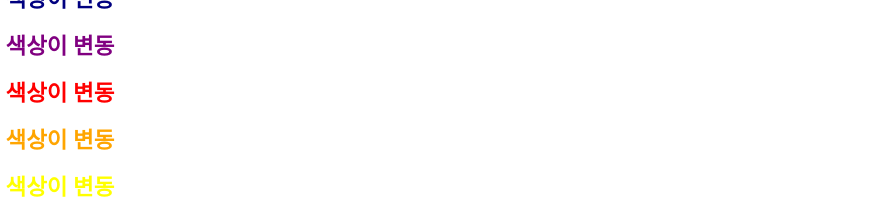
Repository: MySunTY/JSP
Page: http://localhost/JSP07/color.jsp
An editor plug-in stored every save of this project. The page is shown before and after the next save, followed by the edit.
The browser window is 1280 px wide. The pictures show the part of the page from y = 859 to 2779 px (the page is 1168 px tall before and 4337 px after), at 70% of full size.
The page is served by Tomcat 9.

Above is the page before, as saved 2024-05-16 02:30:39.

### JSP07/src/main/webapp/color.jsp
<%@ page language="java" contentType="text/html; charset=utf-8"
    pageEncoding="utf-8"%>
<!DOCTYPE html>
<html>
	<head>
		<meta charset="utf-8">
		<title>색상 변경</title>
	</head>
	<body>
		<!-- <h1 style="color:red">색상이 변동</h1>
		<h1 style="color:orange">색상이 변동</h1>
		<h1 style="color:yellow">색상이 변동</h1>
		<h1 style="color:green">색상이 변동</h1>  -->



		<%
			for(int i = 0 ; i<8 ; i++){

				switch(i){
				case 0: out.print("<h1 style='color:red'>색상이 변동</h1>");
					break;
				case 1: out.print("<h1 style='color:orange'>색상이 변동</h1>");
					break;
				case 2: out.print("<h1 style='color:yellow'>색상이 변동</h1>");
					break;
				case 3: out.print("<h1 style='color:green'>색상이 변동</h1>");
					break;
				case 4:	out.print("<h1 style='color:blue'>색상이 변동</h1>");
					break;
				case 5:	out.print("<h1 style='color:navy'>색상이 변동</h1>");
					break;
				case 6:	out.print("<h1 style='color:purple'>색상이 변동</h1>");
					break;
				}//switch

			}

		%>
		<%
			for(int i = 0 ; i<7 ; i++){

				out.print("<h1 style='color:");
				switch(i){
				case 0: out.print("red") ;
					break;
				case 1: out.print("orange");
					break;
				case 2: out.print("yellow");
					break;
				case 3: out.print("green");
					break;
				case 4:	out.print("blue");
					break;
				case 5:	out.print("navy");
					break;
				case 6:	out.print("purple");
					break;
				}//switch
				out.print("'>색상이 변동</h1>");

			}

		%>
		<%
			String color = "";
			for(int i=0; i<3; i++){
				switch(i){
				case 0 : color= "red"; break;
				case 1 : color = "orange"; break;
				case 2 : color = "yellow"; break;

				}//switch


		%>
				<h1 style="color:<%=color%>">색상이 변동</h1>
		<%

			}//for문

		%>






	</body>
</html>

After the next save:
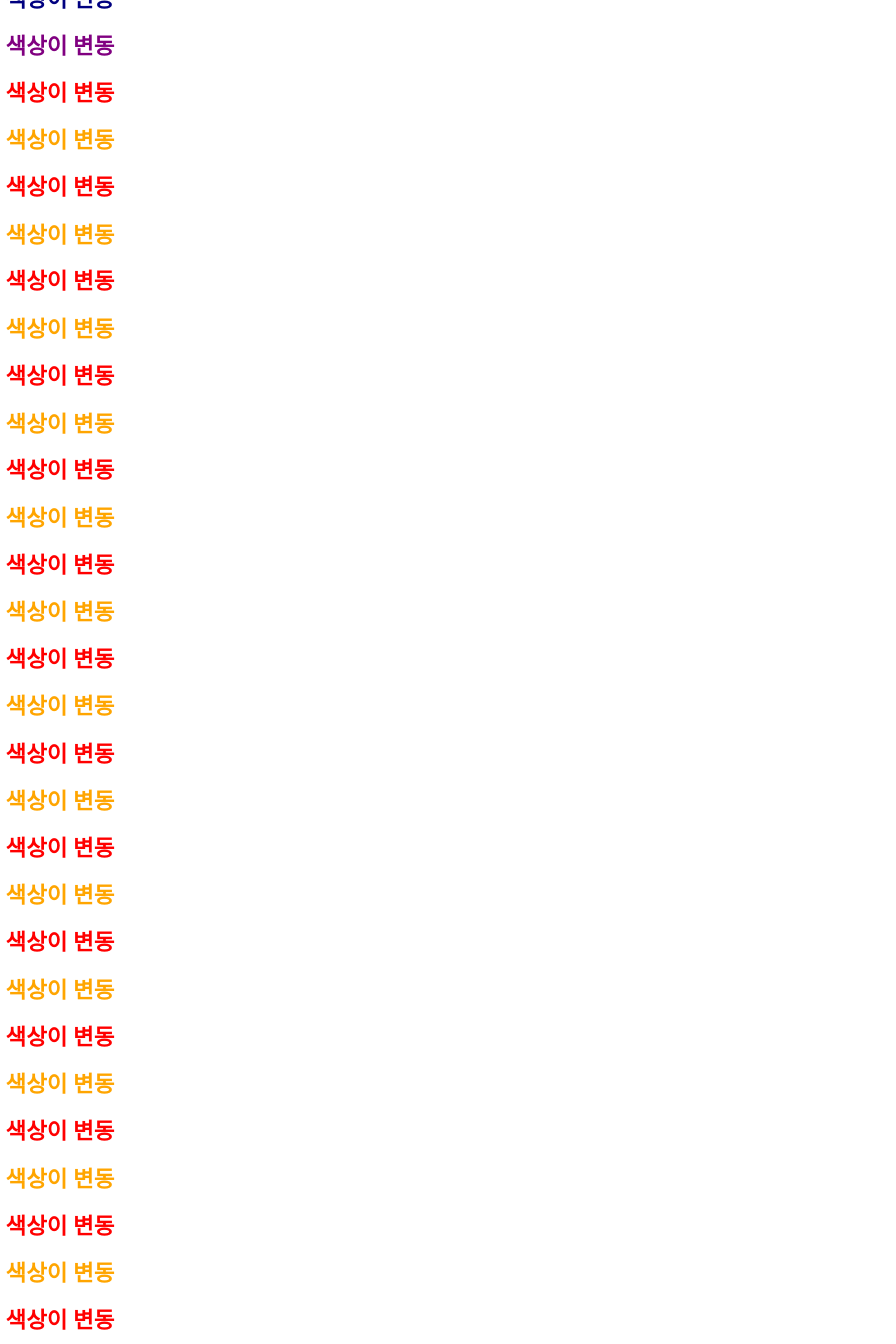
Saved 45 s later.
--- a/JSP07/src/main/webapp/color.jsp
+++ b/JSP07/src/main/webapp/color.jsp
@@ -64,8 +64,8 @@
 		%>
 		<%
 			String color = "";
-			for(int i=0; i<3; i++){
-				switch(i){
+			for(int i=0; i<50; i++){
+				switch(i%2){
 				case 0 : color= "red"; break;
 				case 1 : color = "orange"; break;
 				case 2 : color = "yellow"; break;
